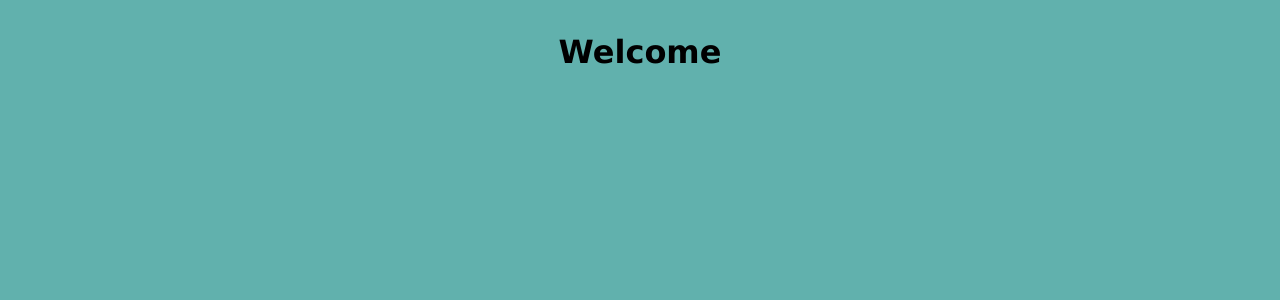
Repository: orsolyanemet/WebProject
Page: http://localhost/Project/userhome.jsp
An editor plug-in stored every save of this project. The page is shown before and after the next save, followed by the edit.
The browser window is 1280 px wide. The pictures show the whole page.
The page is served by Tomcat 9. Nobody is signed in. The application's start-up code is not run.

Above is the page before, as saved 2018-06-11 19:42:12.

After the next save:
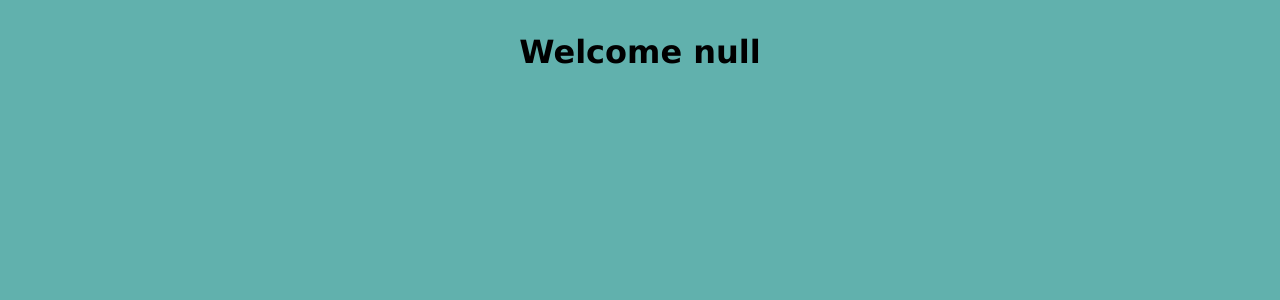
Saved 39 s later.
--- a/Project/WebContent/userhome.jsp
+++ b/Project/WebContent/userhome.jsp
@@ -10,7 +10,7 @@
 	<h1>
 		Welcome
 		<%
-		System.out.print(request.getSession().getAttribute("logedUsername"));
+		out.print(request.getSession().getAttribute("logedUsername"));
 	%>
 	</h1>
 
